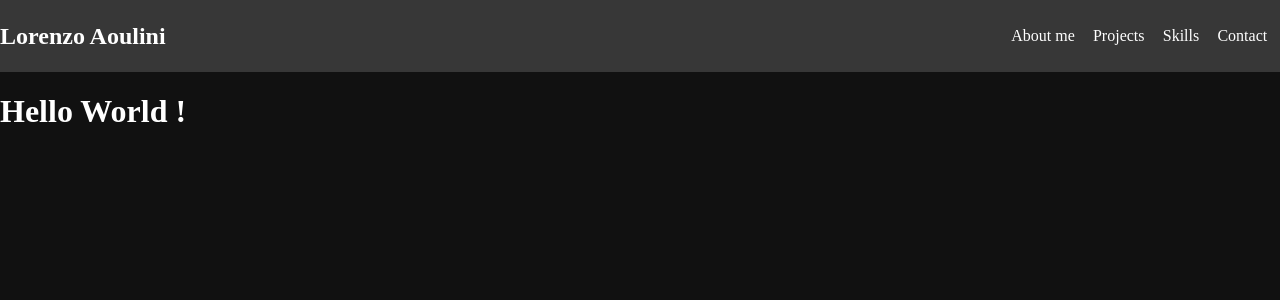
Repository: lolo298/lolo298.github.io
Page: index.html
The author's editor kept a copy of each file at every save. The page is drawn from the files as they stood at one save, then again after the next save.
The browser window is 1280 px wide. The pictures show the whole page.

Above is the page before, as saved 2022-05-09 16:53:36.

### index.html
<!DOCTYPE html>
<html lang="en">

<head>
    <meta charset="UTF-8">
    <meta http-equiv="X-UA-Compatible" content="IE=edge">
    <meta name="viewport" content="width=device-width, initial-scale=1.0">
    <link rel="stylesheet" href="css/style.css">
    <title>Portfolio</title>
</head>

<body>
    <div class="main-container">
        <nav class="main-navbar">
            <h1>Lorenzo Aoulini</h1>
            <ul class="main-navbar-list">
                <li class="main-navbar-item">
                    <a href="#">About me</a>
                </li>
                <li class="main-navbar-item">
                    <a href="#">Projects</a>
                </li>
                <li class="main-navbar-item">
                    <a href="#">Skills</a>
                </li>
                <li class="main-navbar-item">
                    <a href="#">Contact</a>
                </li>
        </nav>
        <h1>Hello World !</h1>

    </div>

</body>

</html>

### css/style.css
html {
    background-color: #111111;
}

body {
    padding: 0;
    margin: 0;
}

.main-container {
    color: white;
    height: 100vh;
    width: 100vw;
}

.main-navbar {
    background-color: #373737;
    height: 10%;
    display: flex;
    justify-content: space-between;
    align-items: center;
}

.main-navbar>* {
    margin: 0;
}

.main-navbar-list {
    width: 20%;
    display: flex;
    flex-direction: row;
    align-items: center;
    list-style: none;
    justify-content: space-between;
    margin-right: 1%;
    height: 100%;
}

.main-navbar-item>a {
    text-decoration: none;
    color: white;
    height: 100%;
}

.main-navbar-item>a:hover {
    background-color: #6A6A6A;
}

After the next save:
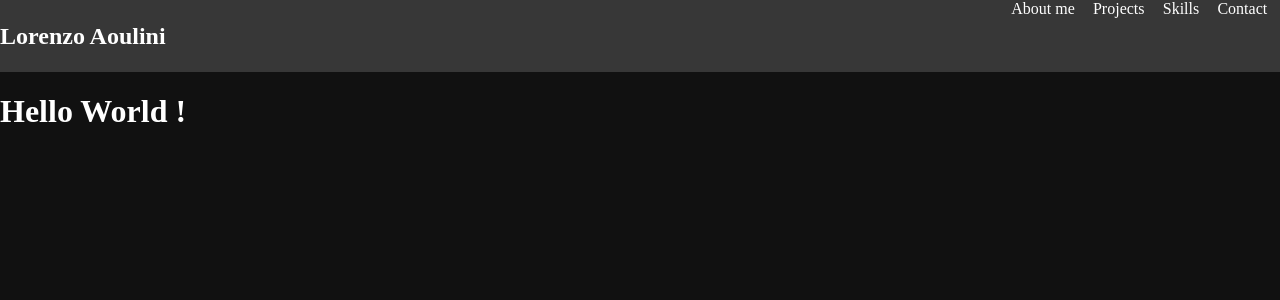
Saved 45 s later.
--- a/css/style.css
+++ b/css/style.css
@@ -36,6 +36,10 @@ body {
     height: 100%;
 }
 
+.main-navbar-item {
+    height: 100%;
+}
+
 .main-navbar-item>a {
     text-decoration: none;
     color: white;
